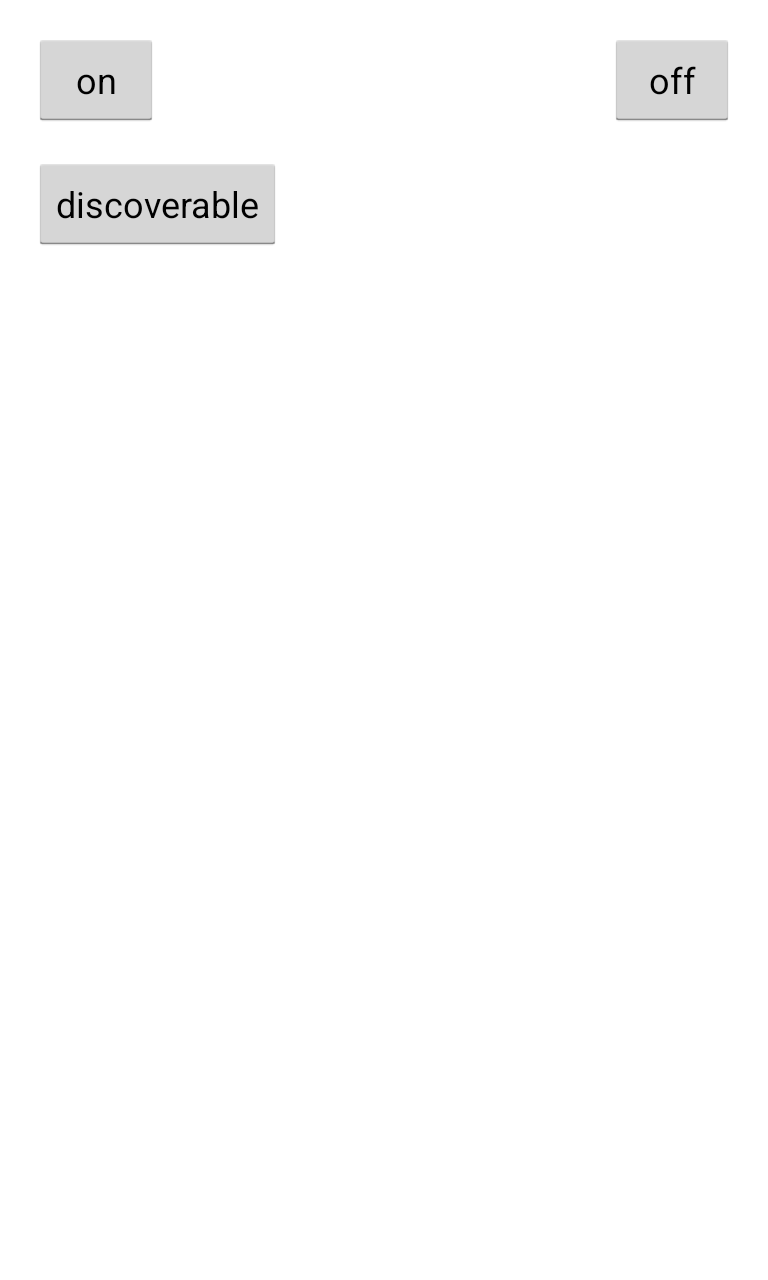
Repository: arjuntheprogrammer/iact
Layout: iact/iact android practice/mywork/Bluetooth/res/layout/activity_main.xml
An editor plug-in stored every save of this project. The layout is shown before and after the next save, followed by the edit.
It is drawn on a 768 x 1280 px phone screen (xhdpi) without system bars, with theme AppTheme; the app's code is not run. Lists and similar views that code fills are empty.

Above is the layout before, as saved 2016-01-02 20:18:19.

After the next save:
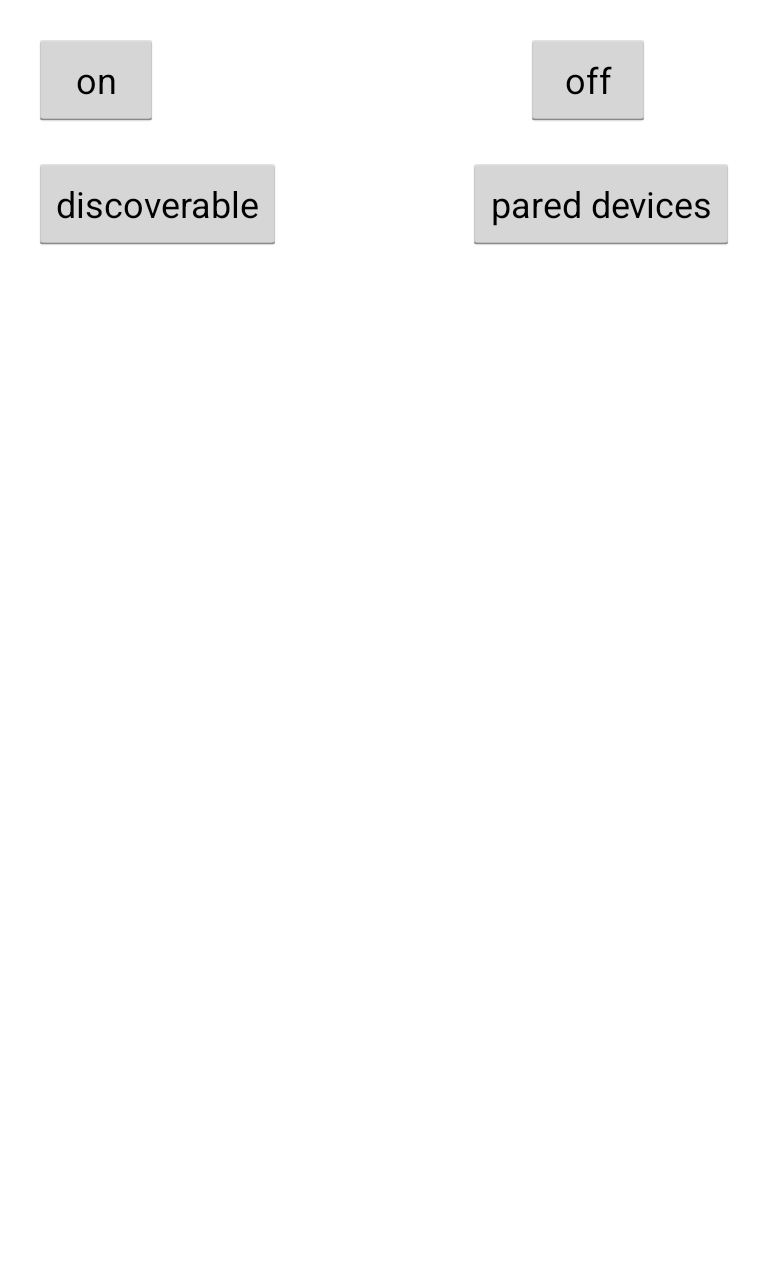
Saved 47 s later.
--- a/iact/iact android practice/mywork/Bluetooth/res/layout/activity_main.xml
+++ b/iact/iact android practice/mywork/Bluetooth/res/layout/activity_main.xml
@@ -34,23 +34,6 @@
         android:layout_marginTop="14dp"
         android:text="discoverable" />
 
-    <Button
-        android:id="@+id/button3"
-        android:layout_width="wrap_content"
-        android:layout_height="wrap_content"
-        android:layout_above="@+id/button2"
-        android:layout_toLeftOf="@+id/textView1"
-        android:text="off" />
-
-    <Button
-        android:id="@+id/button4"
-        android:layout_width="wrap_content"
-        android:layout_height="wrap_content"
-        android:layout_alignBaseline="@+id/button2"
-        android:layout_alignBottom="@+id/button2"
-        android:layout_toRightOf="@+id/button3"
-        android:text="pared devices" />
-
     <TextView
         android:id="@+id/textView1"
         android:layout_width="wrap_content"
@@ -60,4 +43,22 @@
         android:layout_marginTop="26dp"
         android:text="" />
 
+    <Button
+        android:id="@+id/button4"
+        android:layout_width="wrap_content"
+        android:layout_height="wrap_content"
+        android:layout_alignTop="@+id/button2"
+        android:layout_toLeftOf="@+id/textView1"
+        android:text="pared devices" />
+
+    <Button
+        android:id="@+id/button3"
+        android:layout_width="wrap_content"
+        android:layout_height="wrap_content"
+        android:layout_alignBaseline="@+id/button1"
+        android:layout_alignBottom="@+id/button1"
+        android:layout_alignLeft="@+id/button4"
+        android:layout_marginLeft="29dp"
+        android:text="off" />
+
 </RelativeLayout>
